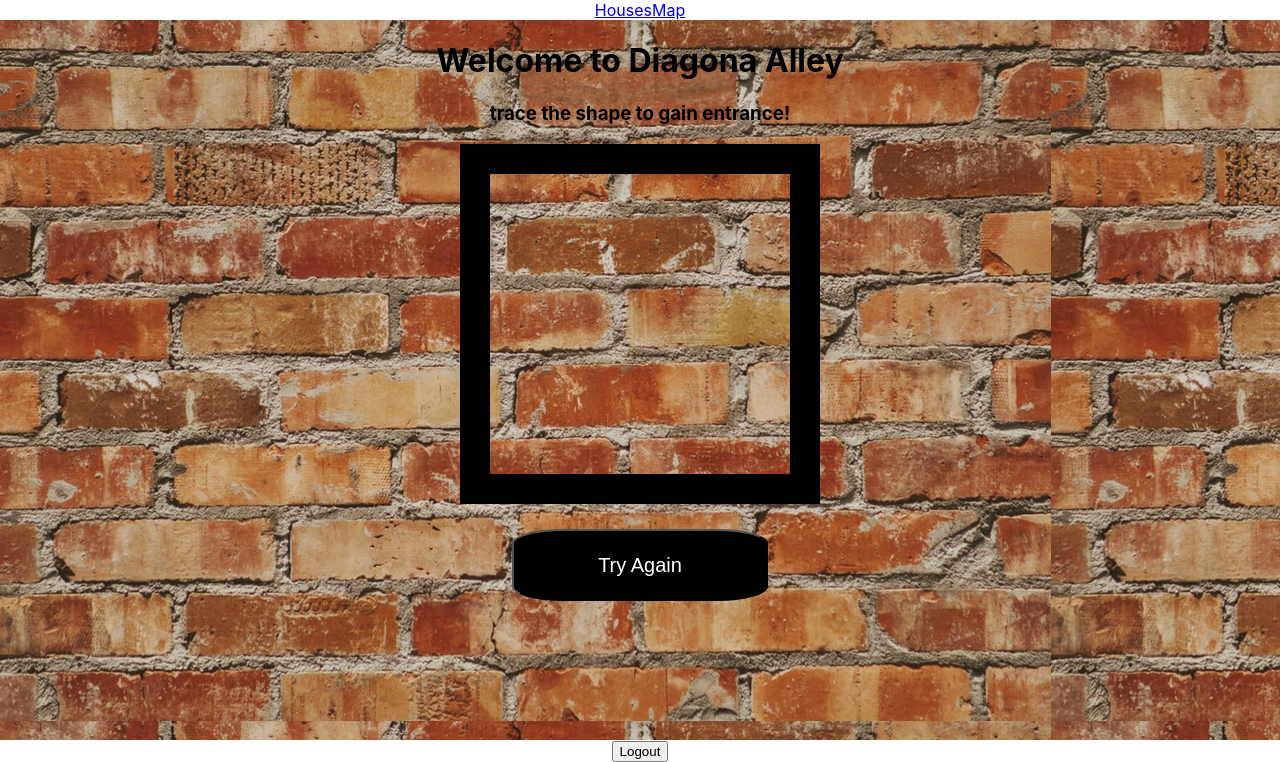
Repository: Brandon205/PotterGo
Page: /houses (app in client/)
An editor plug-in stored every save of this project. The page is shown before and after the next save, followed by the edit.
The browser window is 1280 px wide. The pictures show the whole page.
The project was rebuilt for these pictures with package versions that can differ from the ones it lists, and the page was loaded fresh each time. A package was used in the major version that the imports need, not the one package.json lists. Also part of the build but not shown: client/src/Homepage.jsx, client/src/Signup.js, client/src/Login.js, client/src/LoginPage.jsx, client/src/WandGenerator.jsx.

Above is the page before, as saved 2019-11-21 16:00:51.

### client/src/App.js
import React from 'react';
import './App.css';
import Axios from 'axios';
import {
  BrowserRouter as Router,
  Route,
  Link,
} from 'react-router-dom';
import DiagonAlley from './DiagonAlley';
import Homepage from './Homepage';
import LoginPage from './LoginPage';
import WandGenerator from './WandGenerator';

class App extends React.Component {
  state = {
    token: '',
    user: null,
    errorMessage: '',
    lockedResult: '',
    redirect: ''
  }

  checkForLocalToken = () => {
    // Look in LS for localtoken
    let token = localStorage.getItem('mernToken');
    if (!token || token === 'undefined') {
      // if no taken, remove all evidence of mernToken from LS and state
      localStorage.removeItem('mernToken');
      this.setState({ token: '', user: null });
    } else {
      // if token, verify token on backend
      Axios.post('/auth/me/from/token', { token })
      .then(res => {
        if (res.data.type === 'error') {
          localStorage.removeItem('mernToken');
          this.setState({ token: '', user: null, errorMessage: res.data.message });
        } else {
          // if verified store it back in LS and state
          localStorage.setItem('mernToken', res.data.token);
          this.setState({ token: res.data.token, user: res.data.user });
        }
      })
    }
  }

  componentDidMount = () => {
    this.checkForLocalToken()
  }

  liftToken = ({token, user}) => {
    this.setState({ token, user });
  }

  logout = () => {
    localStorage.removeItem('mernToken');
    this.setState({ token: '', user: null });
  }

  render() {
    return (
      <Router>
        <div className="App">
          <Link to='/houses'>Houses</Link>
          <Link to='/map'>Map</Link>
          <Route exact path='/' render={ () => <LoginPage liftToken={this.liftToken}/>}/>
          <Route exact path='/map' component={Homepage}/>
          <Route exact path='/houses' component={DiagonAlley}/>
          <Route exact path='/wand' component={WandGenerator}/>
          <button onClick={this.logout}>Logout</button>
        </div>
      </Router>
    );
  }
}

export default App;

### client/src/App.css
.App {
  text-align: center;
}

.App-logo {
  height: 40vmin;
}

.App-header {
  background-color: #282c34;
  min-height: 100vh;
  display: flex;
  flex-direction: column;
  align-items: center;
  justify-content: center;
  font-size: calc(10px + 2vmin);
  color: white;
}

.App-link {
  color: #09d3ac;
}

.backgroundDiv {
  display: flex;
  flex-flow: column;
  height: 100vh;
  width: 100vw;
  background-image: url('brick.jpg');
}

.container {
  display: flex;
  align-content: center;
  justify-content: center;
}

.diagonDiv {
  height: 300px;
  width: 300px;
  border: 30px solid black;
}

.innerDiv {
  height: 300px;
  width: 300px;
}

.tryAgain {
  margin: 2%;
  width: 20vw;
  height: 10vh;
  border-radius: 20%;
  background: black;
  font-size: 20px;
  color: white;
}

### client/src/DiagonAlley.jsx
import React, { useState, useEffect } from 'react'
import axios from 'axios'

function DiagonAlley () {
    const [X, setX] = useState(0)
    const [Y, setY] = useState(0)
    const [breaking, setBreaking] = useState(false)
    const [youFaileda, setyouFaileda] = useState('')

    function onMouseMove (event)  {
        setX(event.screenX)
        setY(event.screenY)
        console.log(X, Y)
    }

    function onMouseMoveTwo (event)  {
        setBreaking(true)
        setyouFaileda('The wall stays solid! Please try again!')
        console.log('You have failed')
    }

    function onMouseDown(event) {
        console.log('mouse down')
    }

    function onClick (event) {
        setyouFaileda('')
    }

    var youFailed;
    var youFailedFinal;
    if (breaking) {
        youFailed = youFaileda
        youFailedFinal = <h3>{youFailed}</h3>
    } else {
        youFailed = ''
    }
    return (
        <div className='backgroundDiv'>
            <div>
                <h1>Welcome to Diagona Alley</h1>
                <h3>trace the shape to gain entrance!</h3>
            </div>
            <div className='container'>
                <div onMouseMove={onMouseMove} onMouseDown={onMouseDown} className='diagonDiv'>
                <div onMouseMove={onMouseMoveTwo} className='innerDiv'></div>
                </div>
            </div>
            <div>
                {youFailedFinal}
                <button onClick={onClick} className='tryAgain'>Try Again</button>
            </div>
        </div>
    )
}

export default DiagonAlley

Loaded but not shown: client/public/index.html (common file); client/src/index.js (common file); client/src/index.css (common file); client/src/serviceWorker.js (common file)

After the next save:
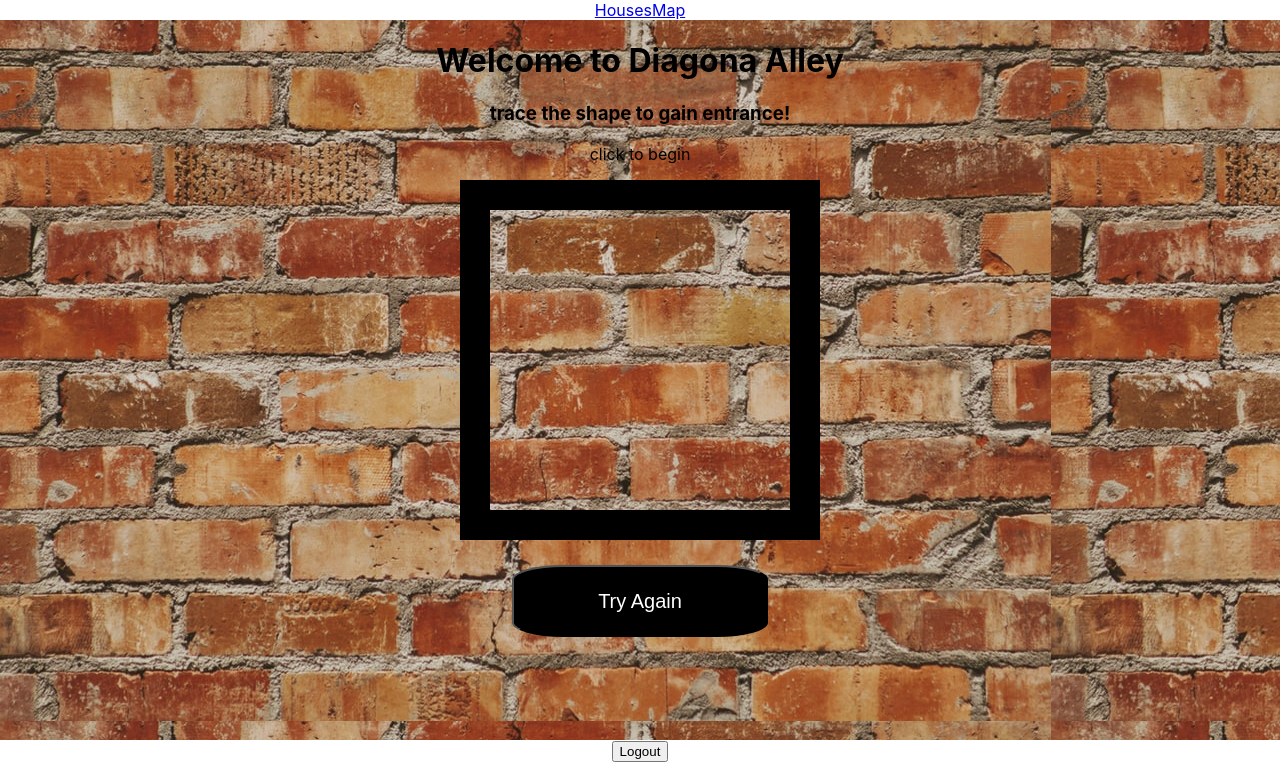
Saved 25 s later.
--- a/client/src/DiagonAlley.jsx
+++ b/client/src/DiagonAlley.jsx
@@ -40,6 +40,7 @@
             <div>
                 <h1>Welcome to Diagona Alley</h1>
                 <h3>trace the shape to gain entrance!</h3>
+                <p>click to begin</p>
             </div>
             <div className='container'>
                 <div onMouseMove={onMouseMove} onMouseDown={onMouseDown} className='diagonDiv'>

After the save that followed:
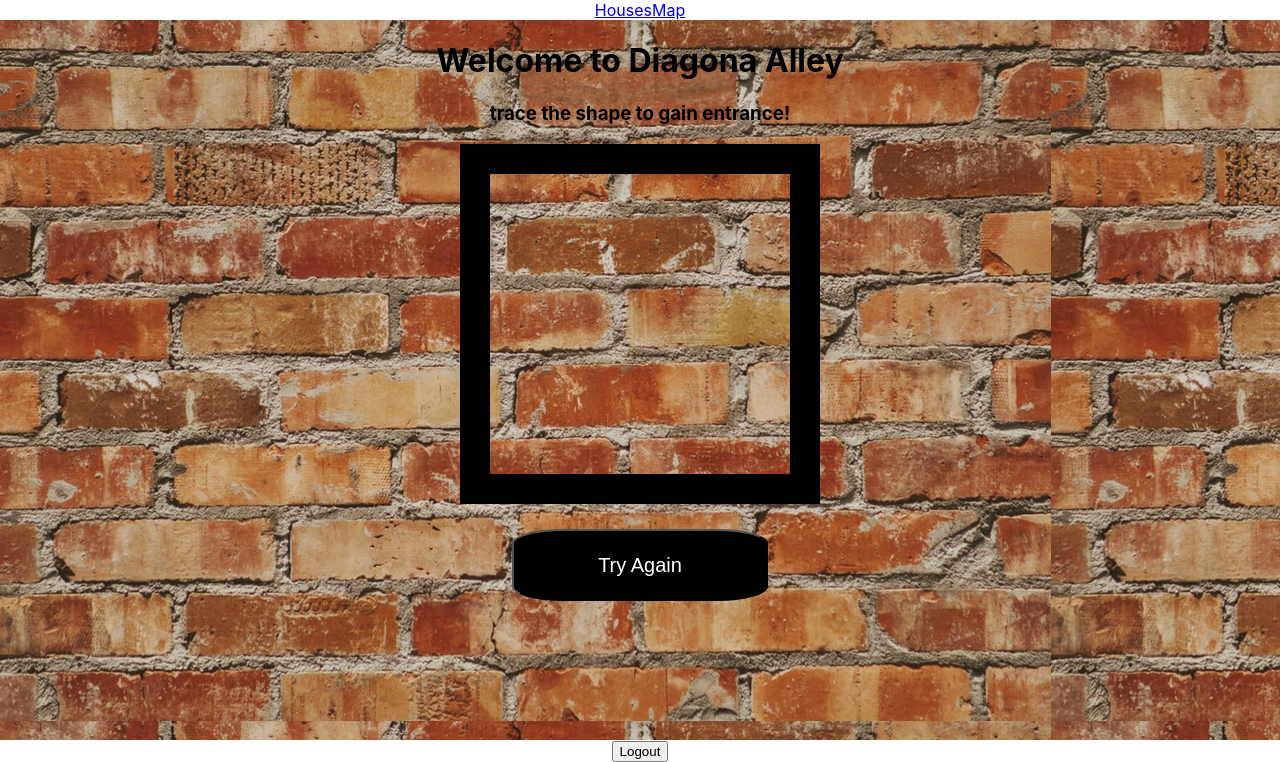
Saved 7 s later.
--- a/client/src/DiagonAlley.jsx
+++ b/client/src/DiagonAlley.jsx
@@ -40,7 +40,6 @@
             <div>
                 <h1>Welcome to Diagona Alley</h1>
                 <h3>trace the shape to gain entrance!</h3>
-                <p>click to begin</p>
             </div>
             <div className='container'>
                 <div onMouseMove={onMouseMove} onMouseDown={onMouseDown} className='diagonDiv'>
